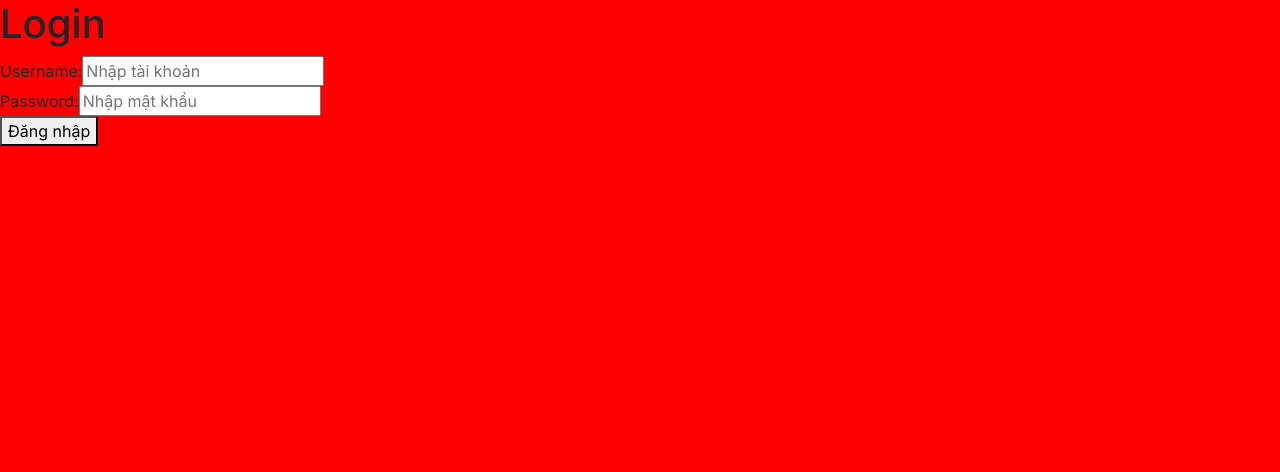
Repository: nghiakma/RFID-RFID-Attendance-System-using-ESP32-Nodejs-Reactjs-Nextjs-
Page: / (app in attendance/)
The author's editor kept a copy of each file at every save. The page is drawn from the files as they stood at one save, then again after the next save.
The browser window is 1280 px wide. The pictures show the whole page.
The page's requests for data from a server got no answer. The project was rebuilt for these pictures with package versions that can differ from the ones it lists, and the page was loaded fresh each time. The framework's server and built-in components were replaced by stand-ins that run in the browser. No one was signed in, and anything a server would have sent is missing. Also part of the build but not shown: attendance/next.config.js, attendance/src/styles/home-page.module.css, attendance/src/styles/tab-home.module.css, attendance/src/pages/api/convert-time.js, attendance/src/pages/api/networking.js, attendance/src/pages/tab-home.js, attendance/src/styles/tab-history.module.css, attendance/src/pages/tab-history.js and 6 more.

Above is the page before, as saved 2023-12-21 14:45:35.

### attendance/src/pages/index.js
import {useEffect, useState} from 'react';
import { Inter } from 'next/font/google';
import 'bootstrap/dist/css/bootstrap.min.css';
import HomePage from './home-page.js';
import Login from './login-page.js'
import { BrowserRouter as Router,Routes, Route } from 'react-router-dom'
const inter = Inter({ subsets: ['latin'] })

export default function Home() {
  const [loginSuccess, setLoginSucsess] = useState(false);
  const handleLogin = (isSuccess) => {
    setLoginSucsess(isSuccess);
  }
  useEffect(() => {
    import('bootstrap/dist/js/bootstrap.min.js');
  }, []);
  return (
    <main className={inter.className}>
      {/* <Router>
        <Routes>
          <Route path='/home' element={<HomePage />}/>
          <Route path='/login' element={<Login />}/>
        </Routes>
      </Router> */}
      {
        loginSuccess ? <HomePage/> : <Login/>
      }
    </main>
  )
}

### attendance/src/pages/login-page.js
import React from "react";
import styles from '../styles/login-page.module.css'
import { FontAwesomeIcon } from '@fortawesome/react-fontawesome'
const Login = () => {

    return (
        <div
            style={{
                backgroundColor: 'red', height: '100vh'
            }}>
            <div className="login-container">
                <div className="login-content">
                    <h1 className="login-title">Login</h1>
                    <div className="login-handle">
                        <div className="login-form">
                            <label>Username: </label>
                            <input type="email" className="form-input" placeholder="Nhập tài khoản"/>
                        </div>
                        <div className="login-form">
                            <label>Password: </label>
                            <input type="password" className="form-input" placeholder="Nhập mật khẩu"/>
                        </div>
                        <div className="login-button">
                            <button className="login-btn">Đăng nhập</button>
                        </div>
                    </div>
                </div>
            </div>
        </div>
    )
}

export default Login

After the next save:
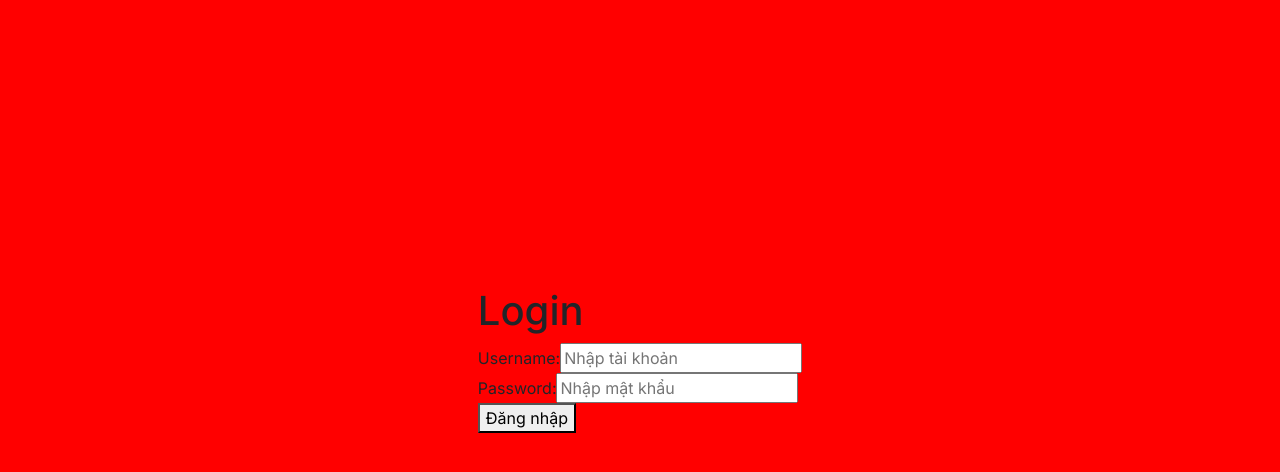
Saved 32 s later.
--- a/attendance/src/pages/login-page.js
+++ b/attendance/src/pages/login-page.js
@@ -6,7 +6,8 @@ const Login = () => {
     return (
         <div
             style={{
-                backgroundColor: 'red', height: '100vh'
+                backgroundColor: 'red', height: '100vh', display: 'flex',
+                alignItems: 'center', justifyContent: 'center'
             }}>
             <div className="login-container">
                 <div className="login-content">
